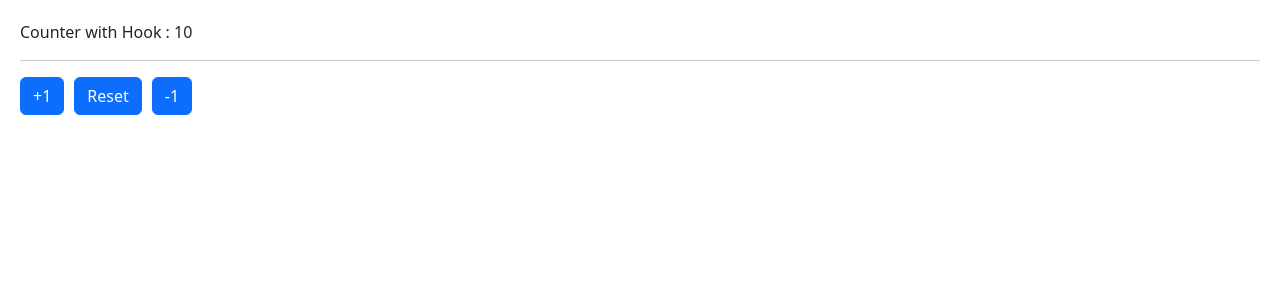
Repository: bryanesteban/hooks-App
Page: /
An editor plug-in stored every save of this project. The page is shown before and after the next save, followed by the edit.
The browser window is 1280 px wide. The pictures show the whole page.
The project was rebuilt for these pictures with package versions that can differ from the ones it lists, and the page was loaded fresh each time. Also part of the build but not shown: vite.config.js.

Above is the page before, as saved 2024-06-26 15:44:00.

After the next save:
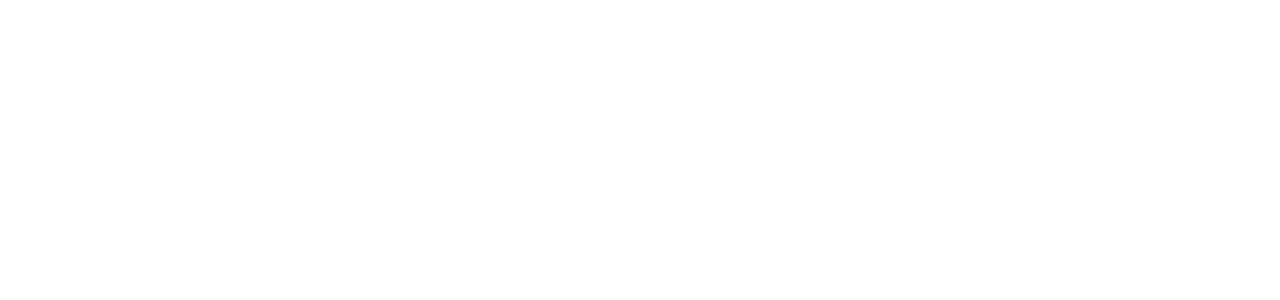
Console error: ReferenceError: SimpleForm is not defined
Saved 6 s later.
--- a/src/main.jsx
+++ b/src/main.jsx
@@ -7,6 +7,6 @@
 
 ReactDOM.createRoot(document.getElementById('root')).render(
   <React.StrictMode>
-    <CounterWithCustomHook />
+    <SimpleForm />
   </React.StrictMode>
 )

After the save that followed:
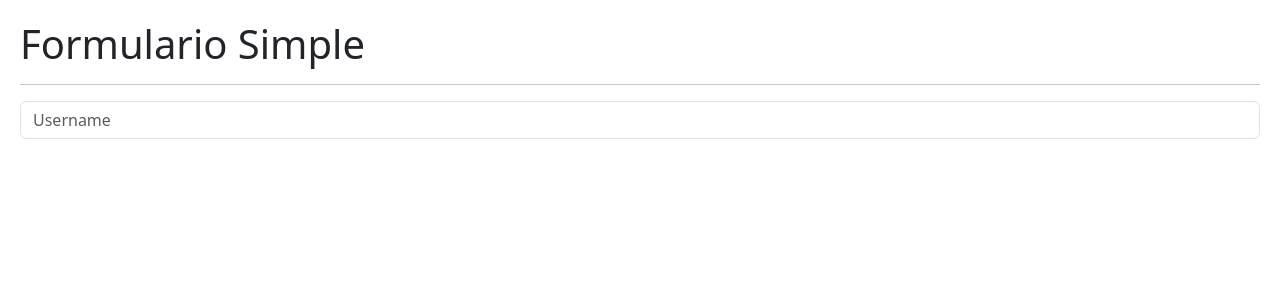
The error is gone.
Saved 11 s later.
--- a/src/main.jsx
+++ b/src/main.jsx
@@ -4,6 +4,7 @@
 import { HooksApp } from './HooksApp'
 import { CounterApp } from './01-useState/CounterApp'
 import { CounterWithCustomHook } from './01-useState/CounterWithCustomHook'
+import { SimpleForm } from './02-useEffect/SimpleForm'
 
 ReactDOM.createRoot(document.getElementById('root')).render(
   <React.StrictMode>
